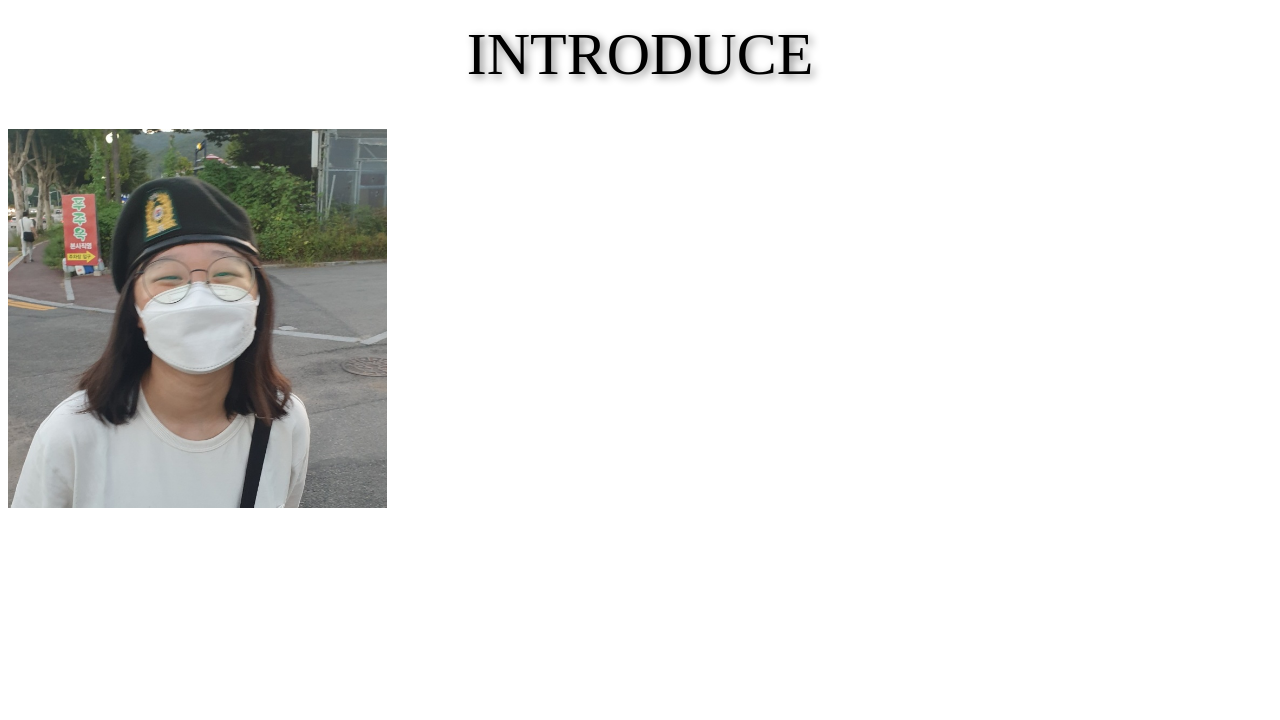
Repository: papav-hub/Web_Study
Page: ChoiHyeMin_reg/src/main/webapp/introduce.html
An editor plug-in stored every save of this project. The page is shown before and after the next save, followed by the edit.
The browser window is 1280 px wide. The pictures show the whole page.

Above is the page before, as saved 2021-10-03 18:56:39.

### ChoiHyeMin_reg/src/main/webapp/introduce.html
<!DOCTYPE html>
<html>

<head>
	<meta charset="UTF-8">
	<title>Web Service ProgrammingHomework</title>
	<link rel="stylesheet" href="resources/register.css" type="text/css"></link>
</head>

<body>
	<header> INTRODUCE </header>


    <img class="profile" src="resources/ChoiHyeMin01.jpg">




</body>
</html>

### ChoiHyeMin_reg/src/main/webapp/resources/register.css
@charset "UTF-8";

	header
	{
		margin:20px 10px 40px 10px;
		font-family:"FreeStyle Script", "Mistral";
		font-size:60px;
		text-shadow:3px 3px 8px gray;
		text-align:center;
	}


	body
	{
		color:black;
		font-family:'맑은 고딕', '돋움', '고딕';
	}


	div
	{
		margin-left:auto;
		margin-right:auto;
		width:70%;
		text-align:center;
	}


	ul
	{
		list-style:none;
		text-align:left;
		background-color:#FDF2EE;
		margin-left:20px;
		margin-right:20px;
		padding-top:20px;
		padding-bottom:20px;
	}


	#sect
	{
		background-color:#FDF2EE;
		text-align:center;
		margin:20px;
		padding:20px;
	}


	a
	{
		text-decoration:underline;
		color:#0000a0;
	}


	table
	{
		border-collapse:collapse;
		width:100%
	}


	th
	{
		border:1px solid lightgray;
		padding:5px;
		width:30%
	}


	td
	{
		border:1px solid lightgray;
		padding:5px;
		width:70%;
	}


	.box {
	    width: 150px;
	    height: 150px;
	    border-radius: 70%;
	    overflow: hidden;
	}
	.profile
	{
	    width: 30%;
	    height: 30%;
	    object-fit: cover;
	}

After the next save:
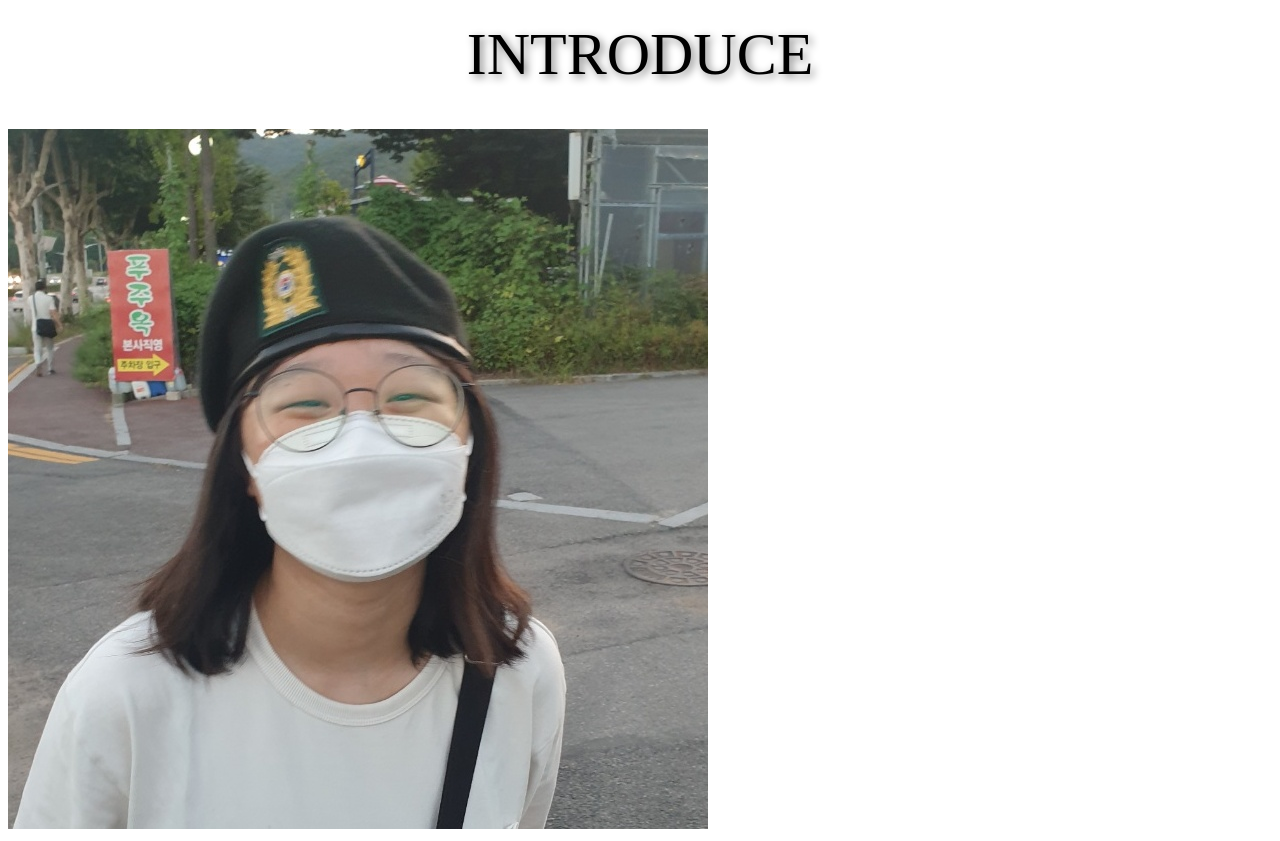
Saved 2 min 35 s later.
--- a/ChoiHyeMin_reg/src/main/webapp/introduce.html
+++ b/ChoiHyeMin_reg/src/main/webapp/introduce.html
@@ -11,7 +11,7 @@
 	<header> INTRODUCE </header>
 
 
-    <img class="profile" src="resources/ChoiHyeMin01.jpg">
+    <img src="resources/ChoiHyeMin01.jpg" border-radius=70%>
 
 
 

After the 3 saves that followed:
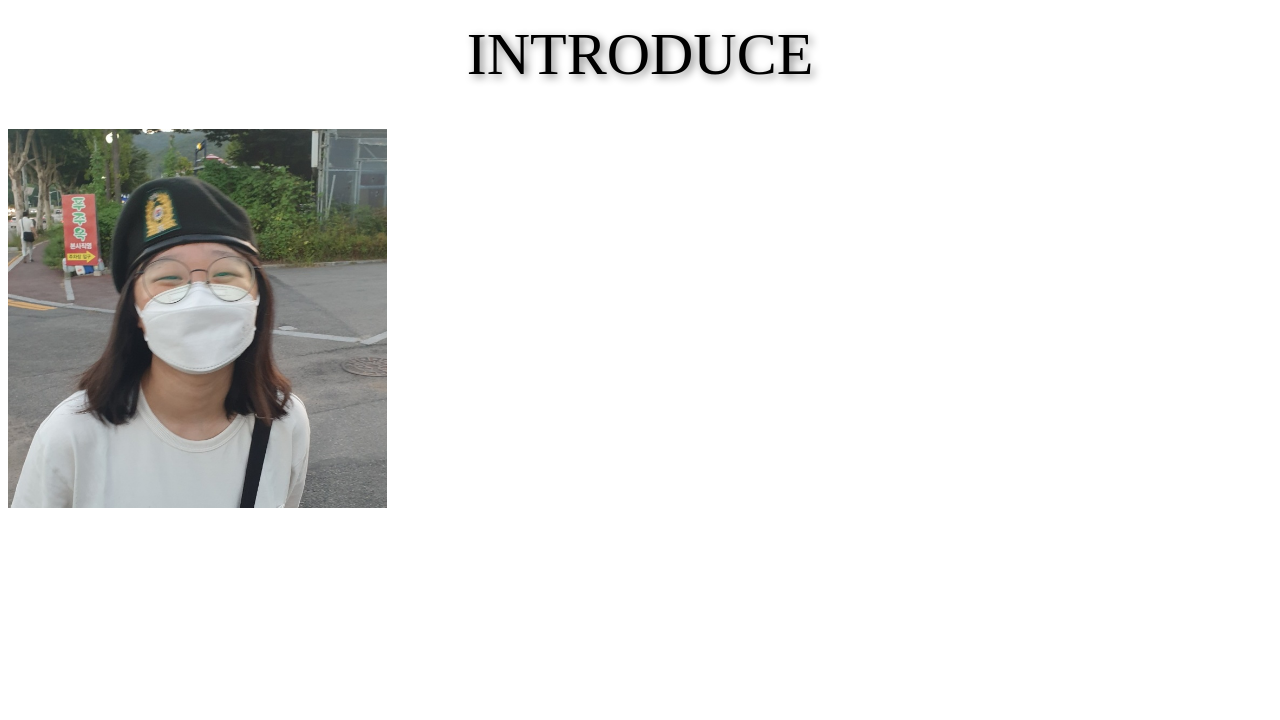
The 3 saves are shown as one change because 2 left the picture as it was.
The last was saved 30 s later.
--- a/ChoiHyeMin_reg/src/main/webapp/introduce.html
+++ b/ChoiHyeMin_reg/src/main/webapp/introduce.html
@@ -11,7 +11,7 @@
 	<header> INTRODUCE </header>
 
 
-    <img src="resources/ChoiHyeMin01.jpg" border-radius=70%>
+    <img src="resources/ChoiHyeMin01.jpg" class="profile">
 
 
 
